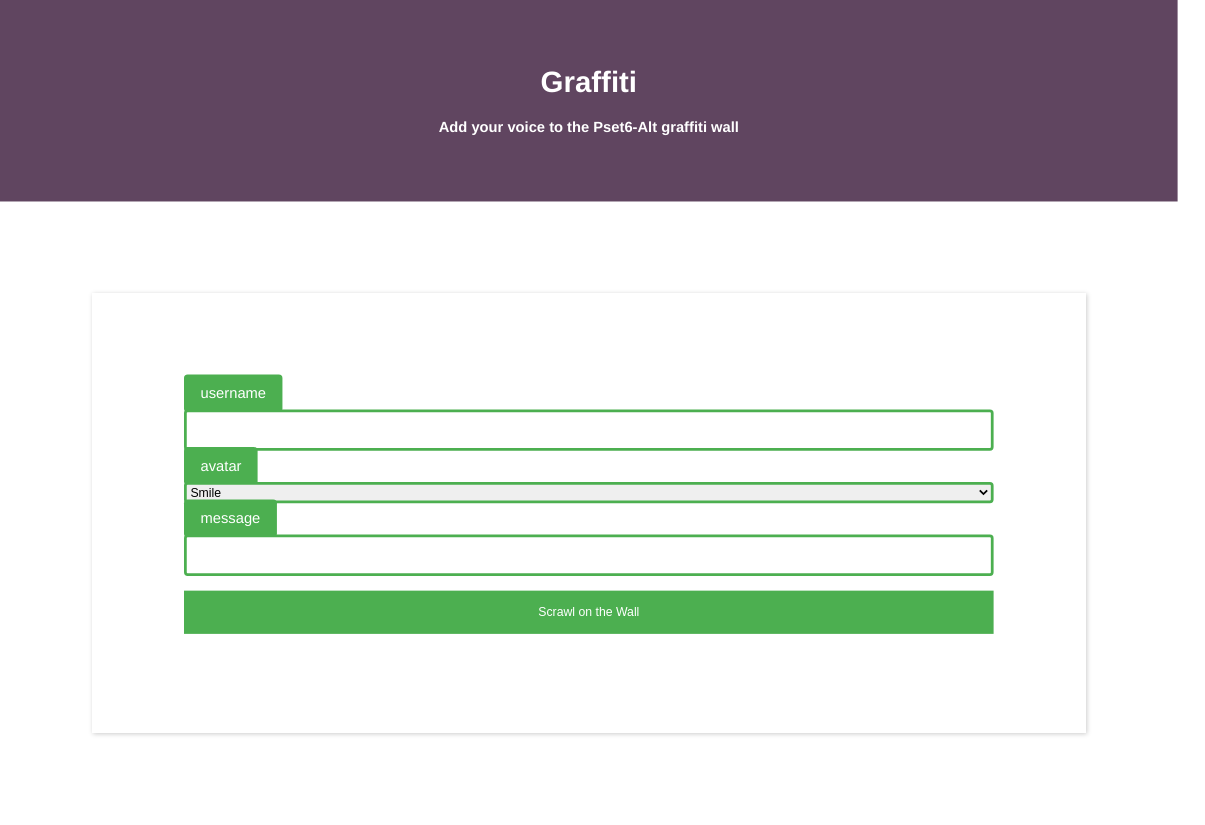
Repository: egniebauer/cs50x-LaunchCode
Page: pset-graffitiwall/graffiti.html
The author's editor kept a record of every edit. The page is drawn from the files as they stood at one moment, then again after the next edit.
The browser window is 1280 px wide. The page is 1280 px wide, then 1310 px, so the pictures cover 1310 px, including what lies to the right of the window. The pictures show the whole page, at 92% of full size.
Some web libraries are served in a nearby version.

Above is the page before.

After the next edit:
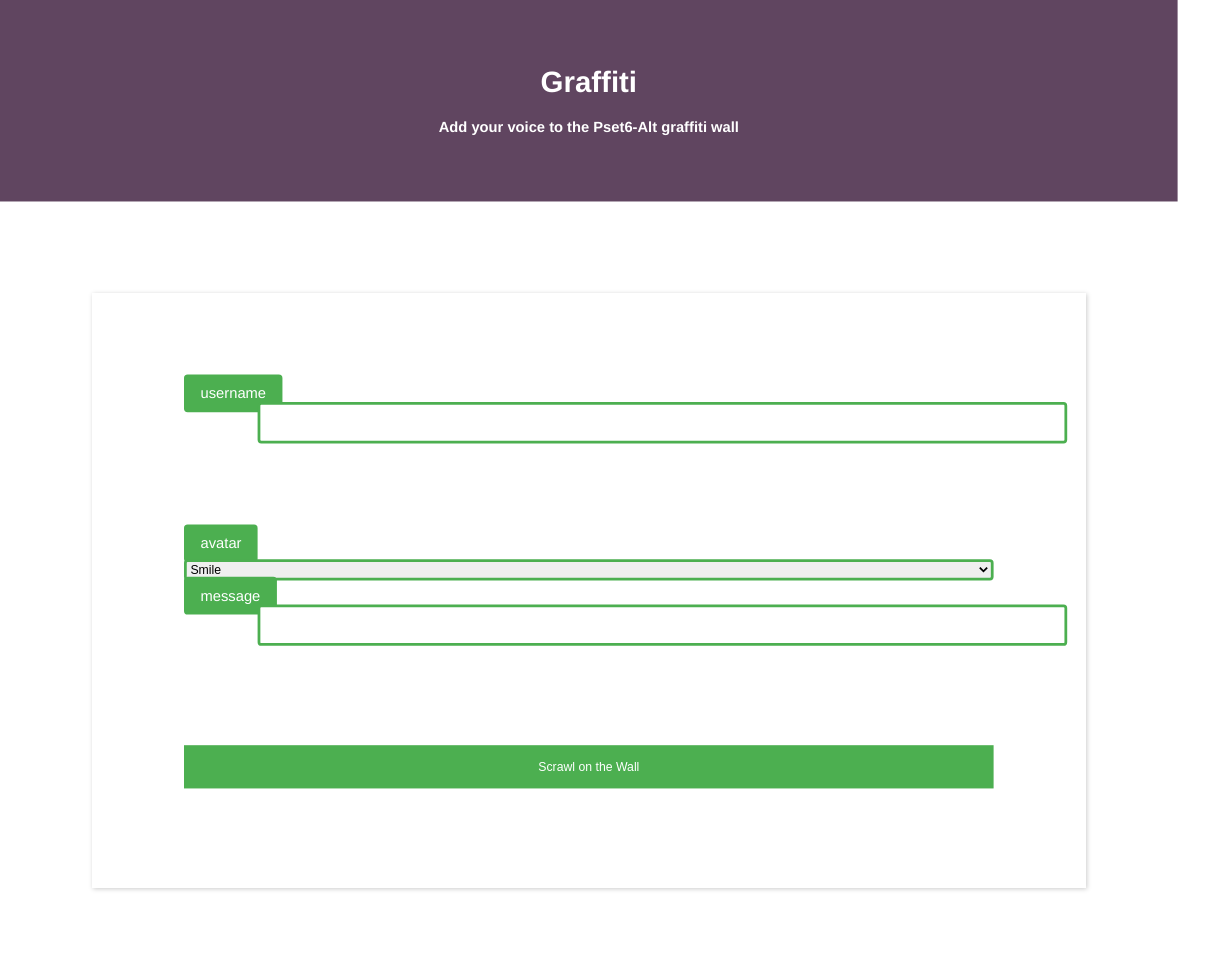
The edit:
--- a/pset-graffitiwall/styles.css
+++ b/pset-graffitiwall/styles.css
@@ -22,9 +22,13 @@
     border-radius: 4px;
     width: 100%;
     padding: 12px 20px;
-    margin: 8px 0;
     box-sizing: border-box;
     display: inline-block;
+    margin-top: 0;
+    margin-bottom: 100px;
+    margin-right: 150px;
+    margin-left: 80px;
+
 }
 
 select {
